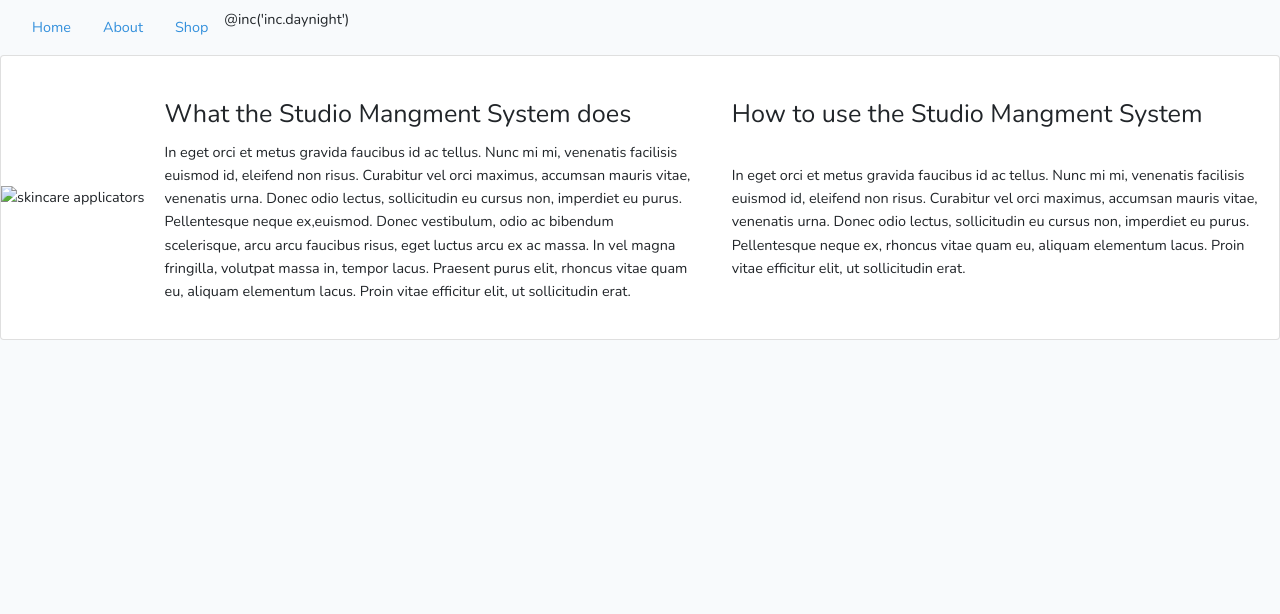
Repository: littae2/simplicite
Page: http://localhost/shop
These files come from the project's save history. The page is drawn as it stood at one moment and after the next save; the edit follows.
The browser window is 1280 px wide. The pictures show the whole page.
Some web libraries are served in a nearby version. The page is served by the project's Laravel application, run on PHP 8.4 with Laravel 8. Other server files are loaded and not shown.

Above is the page before, as saved 2021-08-13 15:26:48.

### Project/routes/web.php
<?php

use Illuminate\Support\Facades\Route;

/*
|--------------------------------------------------------------------------
| Web Routes
|--------------------------------------------------------------------------
|
| Here is where you can register web routes for your application. These
| routes are loaded by the RouteServiceProvider within a group which
| contains the "web" middleware group. Now create something great!
|
*/

Route::get('/', function () {
    return view('home.index');
});

Route::get('/about', function () {
    return view('about.index');
});
Route::get('/shop', function () {
    return view('shop.index');
});

### Project/resources/views/shop/index.blade.php
@extends('layouts.layout')
@section('title', 'Welcome')
@section('content')
<div class="pageContent">

<!-- @if(Auth::check())
<div> you are logged in </div>
@else
<div> please login</div>
@endif -->

  <div class="card d-flex flex-row justify-content-between align-items-center w-90 home">
  <img src="{{url('img/product2.jpg')}}" alt="skincare applicators" class="headerImg">
    <div class="card-body w-25 ">

      <br>
      <h3 class="card-title">What the Studio Mangment System does</h3>

      <p>In eget orci et metus gravida faucibus id ac tellus. Nunc mi mi, venenatis facilisis euismod id, eleifend non risus.
        Curabitur vel orci maximus, accumsan mauris vitae, venenatis urna. Donec odio lectus, sollicitudin eu cursus non, imperdiet eu purus.
        Pellentesque neque ex,euismod. Donec vestibulum, odio ac bibendum scelerisque, arcu arcu faucibus risus, eget luctus arcu ex ac massa. In vel magna fringilla, volutpat massa in, tempor lacus.
        Praesent purus elit, rhoncus vitae quam eu, aliquam elementum lacus. Proin vitae efficitur elit, ut sollicitudin erat.</p>

    </div>
    <div class=" card-body w-25">

      <h3 class="card-title">How to use the Studio Mangment System</h3>
      <br>
      <p>In eget orci et metus gravida faucibus id ac tellus. Nunc mi mi, venenatis facilisis euismod id, eleifend non risus.
        Curabitur vel orci maximus, accumsan mauris vitae, venenatis urna. Donec odio lectus, sollicitudin eu cursus non, imperdiet eu purus.
        Pellentesque neque ex, rhoncus vitae quam eu, aliquam elementum lacus. Proin vitae efficitur elit, ut sollicitudin erat.</p>

    </div>

  </div>
</div>
@endsection

### Project/resources/views/layouts/layout.blade.php
<!--This is the Main layout page-->
<!DOCTYPE html>
<html lang="en">
<head>
    <meta charset="UTF-8">
        <!-- CSRF Token -->
    <meta name="csrf-token" content="mlxnBRgEB1AbPWkhP1fOm5sUhDzONcfLGmqMOlHY">
    <meta name="viewport" content="width=device-width, initial-scale=1.0">

    <script src="https://kit.fontawesome.com/b07d89ef49.js" crossorigin="anonymous"></script>

    <!--  JQUEURY-->
    <script src="https://code.jquery.com/jquery-3.1.0.min.js"></script>

    <!--  BS -->
    <link rel="stylesheet" href="{{asset('css/simplicite.css')}}">
    <link rel="stylesheet" href="{{asset('css/app.css')}}">

    <!--JS -->




</head>
<body>

  @include('layouts.navbar')

<!-- Fonts -->
<link href="https://fonts.googleapis.com/css?family=Nunito:200,600" rel="stylesheet">

@yield('content')
</body>
</html>

### Project/resources/views/layouts/navbar.blade.php
<!-- <div class= "nav">
      <a class="nav-link" href="{{url('/welcome')}}">Home</a>
      <a class="nav-link" href="{{url('/view-cohorts')}}">Cohort</a>
      <a class="nav-link" href="{{url('/students')}}">Students</a>
      <a class="nav-link" href="{{url('/upload')}}">Upload</a>
      <a class="nav-link" href="{{url('/enrolment')}}">Enrollment</a>
</div> -->
<script src="https://code.jquery.com/jquery-3.2.1.slim.min.js" integrity="sha384-KJ3o2DKtIkvYIK3UENzmM7KCkRr/rE9/Qpg6aAZGJwFDMVNA/GpGFF93hXpG5KkN" crossorigin="anonymous"></script>
<script src="https://cdnjs.cloudflare.com/ajax/libs/popper.js/1.12.9/umd/popper.min.js" integrity="sha384-ApNbgh9B+Y1QKtv3Rn7W3mgPxhU9K/ScQsAP7hUibX39j7fakFPskvXusvfa0b4Q" crossorigin="anonymous"></script>
<script src="https://maxcdn.bootstrapcdn.com/bootstrap/4.0.0/js/bootstrap.min.js" integrity="sha384-JZR6Spejh4U02d8jOt6vLEHfe/JQGiRRSQQxSfFWpi1MquVdAyjUar5+76PVCmYl" crossorigin="anonymous"></script>


<div class="nav">
  <div class="col-md-12 school-options-dropdown text-center nav-link">

    <div class="nav">
      <a class="nav-link" href="{{url('/')}}">Home</a>
      <a class="nav-link" href="{{url('/about')}}">About</a>
      <a class="nav-link" href="{{url('/shop')}}">Shop</a>
@inc('inc.daynight')


    </div>
  </div>
</div>
</div>

### Project/public/css/simplicite.css

@keyframes example {
    from {opacity: 100%;}
    to {opacity:0%;}
  }

.headerImg {
    width: -moz-available;
    background-position-y: 80%;
    display: flex;
    background-size: cover; /* or contain depending on what you want */
    background-repeat: no-repeat;
    text-align: center;
    margin: auto;
    padding: 0;
}
.headerImg:scroll{
    animation-name: example;
    animation-duration: 4s;
}

### Project/resources/views/inc/daynight.blade.php
<style>
    @import url('https://fonts.googleapis.com/css?family=Lora&display=swap');

    body,
    html {
        margin: 0;
        padding: 0;
        width: 100%;
        height: 100%;
        overflow: hidden;
        font-family: 'Lora', serif;
        color: #303030;
    }

    .night-label {
        opacity: 0.2;
    }

    body {
        display: flex;
        align-items: center;
        justify-content: center;
        background-color: #FEF9EA;
    }

    .layout {
        width: 70vw;
        max-width: 300px;
        min-width: 250px;
        height: 30vh;
        display: grid;
        grid-template-columns: 1fr 2fr 1fr;
        justify-content: center;
        align-items: center;
        gap: 30px;
        font-size: 25px;
    }

    .layout:nth-child(1) {
        text-align: right;
    }

    svg {
        width: 100%;
        height: 100%;
        cursor: pointer;
    }

    #night-content {
        opacity: 0.5;
    }

    .inner-shadow {
        stroke-opacity: 0.1;
        stroke-width: 5;
        stroke: black;
        fill: none;
    }

    .container input {
        position: absolute;
        opacity: 0;
        cursor: pointer;
        height: 0;
        width: 0;
    }
</style>

<div class="layout">
    <div class="day-label">Day</div>

    <label class="container">
        <input id="input" type="checkbox" checked="checked">
        <span class="checkmark">


            <svg id="toggle" xmlns="http://www.w3.org/2000/svg" viewBox="0 0 60 34" width="60" height="34">
                <defs>


                    <clipPath id="container">
                        <rect width="60" height="34" rx="17" />
                    </clipPath>
                    <g id="day">
                        <rect x="0" width="60" height="34" style="fill: #61b9e5" />
                        <g id="day-content">
                            <g class="clouds-small">
                                <path d="M13.35,22.45a1,1,0,0,0-.44.1A1.62,1.62,0,0,0,11.29,21a1.67,1.67,0,0,0-.59.11,1.84,1.84,0,0,0-3.55.61h0a1.38,1.38,0,0,0,0,2.75h6.21a1,1,0,1,0,0-2Z" transform="translate(-2 -2)" style="fill: #d0edff" />
                                <path d="M27.38,23.72a1.05,1.05,0,0,0-.44.1,1.63,1.63,0,0,0-2.21-1.41,1.84,1.84,0,0,0-3.56.61h0a1.38,1.38,0,1,0,0,2.75h6.21a1,1,0,0,0,0-2.05Z" transform="translate(-2 -2)" style="fill: #d0edff" />
                                <path d="M56.7,24a1,1,0,0,0-.44.1,1.63,1.63,0,0,0-2.21-1.42,1.85,1.85,0,0,0-3.56.61h0a1.38,1.38,0,0,0,0,2.75H56.7a1,1,0,0,0,0-2Z" transform="translate(-2 -2)" style="fill: #d0edff" />
                                <path d="M84.35,22.45a1,1,0,0,0-.44.1A1.62,1.62,0,0,0,82.29,21a1.67,1.67,0,0,0-.59.11,1.84,1.84,0,0,0-3.55.61h0a1.38,1.38,0,0,0,0,2.75h6.21a1,1,0,1,0,0-2Z" transform="translate(-2 -2)" style="fill: #d0edff" />
                                <path d="M98.38,23.72a1.05,1.05,0,0,0-.44.1,1.63,1.63,0,0,0-2.21-1.41,1.84,1.84,0,0,0-3.56.61h0a1.38,1.38,0,1,0,0,2.75h6.21a1,1,0,0,0,0-2.05Z" transform="translate(-2 -2)" style="fill: #d0edff" />
                                <path d="M127.7,24a1,1,0,0,0-.44.1,1.63,1.63,0,0,0-2.21-1.42,1.85,1.85,0,0,0-3.56.61h0a1.38,1.38,0,0,0,0,2.75h6.21a1,1,0,0,0,0-2Z" transform="translate(-2 -2)" style="fill: #d0edff" />
                            </g>
                            <g class="clouds-medium">
                                <path d="M61.44,18.4a1.85,1.85,0,0,0-.77.18,2.85,2.85,0,0,0-2.85-2.68,3,3,0,0,0-1,.19,3.25,3.25,0,0,0-6.26,1.07h0a2.42,2.42,0,0,0,0,4.84H61.44a1.8,1.8,0,1,0,0-3.6Z" transform="translate(-2 -2)" style="fill: #e9f8ff" />
                                <path d="M26,17.07a1.84,1.84,0,0,0-.77.17,2.86,2.86,0,0,0-2.85-2.68,2.75,2.75,0,0,0-1,.2,3.24,3.24,0,0,0-6.26,1.07h0a2.42,2.42,0,1,0,0,4.84H26a1.8,1.8,0,0,0,0-3.6Z" transform="translate(-2 -2)" style="fill: #e9f8ff" />
                                <path d="M126.44,18.4a1.85,1.85,0,0,0-.77.18,2.85,2.85,0,0,0-2.85-2.68,3,3,0,0,0-1,.19,3.25,3.25,0,0,0-6.26,1.07h0a2.42,2.42,0,0,0,0,4.84h10.92a1.8,1.8,0,1,0,0-3.6Z" transform="translate(-2 -2)" style="fill: #e9f8ff" />
                                <path d="M91,17.07a1.84,1.84,0,0,0-.77.17,2.86,2.86,0,0,0-2.85-2.68,2.75,2.75,0,0,0-1,.2,3.24,3.24,0,0,0-6.26,1.07h0a2.42,2.42,0,0,0,0,4.84H91a1.8,1.8,0,0,0,0-3.6Z" transform="translate(-2 -2)" style="fill: #e9f8ff" />
                            </g>
                            <g class="clouds-big">
                                <path d="M24.82,10.83a3.09,3.09,0,0,0-1.29.29A4.78,4.78,0,0,0,17,7,5.43,5.43,0,0,0,6.54,8.76h0a4,4,0,1,0,0,8.09H24.82a3,3,0,0,0,0-6Z" transform="translate(-2 -2)" style="fill: #fff" />
                                <path d="M53.6,9.45a2.37,2.37,0,0,0-1,.24,3.86,3.86,0,0,0-3.84-3.61,4.09,4.09,0,0,0-1.4.26,4.36,4.36,0,0,0-8.41,1.45h0a3.25,3.25,0,0,0,0,6.5H53.6a2.42,2.42,0,1,0,0-4.84Z" transform="translate(-2 -2)" style="fill: #fff" />
                                <path d="M98.72,10.83a3.09,3.09,0,0,0-1.29.29A4.78,4.78,0,0,0,90.91,7a5.43,5.43,0,0,0-10.47,1.8h0a4,4,0,1,0,0,8.09H98.72a3,3,0,1,0,0-6Z" transform="translate(-2 -2)" style="fill: #fff" />
                                <path d="M127.5,9.45a2.41,2.41,0,0,0-1,.24,3.85,3.85,0,0,0-3.84-3.61,4.09,4.09,0,0,0-1.4.26,4.36,4.36,0,0,0-8.41,1.45h0a3.25,3.25,0,0,0,0,6.5h14.7a2.42,2.42,0,0,0,0-4.84Z" transform="translate(-2 -2)" style="fill: #fff" />
                            </g>

                        </g>
                    </g>
                    <g id="night">
                        <rect width="60" height="34" style="fill: #004373" />

                        <g id="night-content">
                            <polygon class="star" points="46 4.89 46.62 6.14 48.01 6.35 47.01 7.33 47.24 8.71 46 8.06 44.76 8.71 44.99 7.33 43.99 6.35 45.38 6.14 46 4.89" style="fill: #fff5a6" />
                            <polygon class="star" points="58.58 21.93 59.46 23.02 60.86 22.91 60.1 24.09 60.63 25.39 59.28 25.02 58.21 25.94 58.14 24.54 56.94 23.8 58.25 23.3 58.58 21.93" style="fill: #fff5a6" />
                            <polygon class="star" points="40.71 12.02 40.82 13.42 42.03 14.13 40.74 14.66 40.44 16.04 39.53 14.97 38.13 15.11 38.87 13.91 38.3 12.63 39.67 12.96 40.71 12.02" style="fill: #fff5a6" />
                            <polygon class="star" points="5 16.89 5.62 18.14 7.01 18.35 6 19.33 6.24 20.71 5 20.06 3.76 20.71 4 19.33 2.99 18.35 4.38 18.14 5 16.89" style="fill: #fff5a6" />
                            <polygon class="star" points="60.57 6.97 60.79 8.36 62.05 8.97 60.8 9.6 60.61 10.99 59.62 10 58.24 10.25 58.88 9 58.22 7.76 59.6 7.99 60.57 6.97" style="fill: #fff5a6" />
                            <polygon class="star" points="30.91 26.12 30.86 27.52 31.98 28.36 30.63 28.74 30.18 30.07 29.4 28.91 28 28.89 28.86 27.78 28.45 26.44 29.77 26.93 30.91 26.12" style="fill: #fff5a6" />
                            <polygon class="star" points="17.52 13.95 18.44 15.01 19.83 14.86 19.11 16.06 19.68 17.34 18.32 17.02 17.28 17.96 17.16 16.56 15.94 15.87 17.23 15.32 17.52 13.95" style="fill: #fff5a6" />
                            <polygon class="star" points="60.53 16.01 61.11 16.41 61.76 16.15 61.56 16.83 62 17.37 61.3 17.39 60.92 17.98 60.69 17.32 60.01 17.14 60.56 16.71 60.53 16.01" style="fill: #fff5a6" />
                            <polygon class="star" points="41.99 21.89 42.31 22.52 43 22.62 42.5 23.11 42.62 23.8 41.99 23.47 41.37 23.8 41.49 23.11 40.99 22.62 41.69 22.52 41.99 21.89" style="fill: #fff5a6" />
                            <polygon class="star" points="63.47 26.02 63.43 26.72 63.98 27.15 63.3 27.32 63.05 27.98 62.68 27.39 61.98 27.36 62.43 26.82 62.24 26.14 62.89 26.4 63.47 26.02" style="fill: #fff5a6" />
                            <polygon class="star" points="36.99 9.89 37.31 10.52 38 10.62 37.5 11.11 37.62 11.8 36.99 11.47 36.37 11.8 36.49 11.11 35.99 10.62 36.69 10.52 36.99 9.89" style="fill: #fff5a6" />
                            <polygon class="star" points="28.5 4.89 28.65 5.2 29 5.25 28.75 5.5 28.81 5.85 28.5 5.68 28.18 5.85 28.24 5.5 27.99 5.25 28.34 5.2 28.5 4.89" style="fill: #fff5a6" />
                            <polygon class="star" points="28.5 12.89 28.65 13.2 29 13.25 28.75 13.5 28.81 13.85 28.5 13.68 28.18 13.85 28.24 13.5 27.99 13.25 28.34 13.2 28.5 12.89" style="fill: #fff5a6" />
                            <polygon class="star" points="47.75 22.96 47.72 23.31 47.98 23.54 47.64 23.61 47.5 23.94 47.32 23.63 46.97 23.6 47.21 23.34 47.13 23 47.45 23.14 47.75 22.96" style="fill: #fff5a6" />
                            <polygon class="star" points="51.75 31.96 51.72 32.31 51.98 32.54 51.64 32.62 51.5 32.94 51.32 32.63 50.97 32.6 51.21 32.34 51.13 32 51.45 32.15 51.75 31.96" style="fill: #fff5a6" />
                            <polygon class="star" points="44.69 29.93 44.7 30.28 45 30.47 44.67 30.59 44.58 30.93 44.37 30.66 44.01 30.68 44.21 30.38 44.08 30.06 44.42 30.15 44.69 29.93" style="fill: #fff5a6" />
                            <polygon class="star" points="24.32 10.92 24.58 11.16 24.92 11.07 24.78 11.4 24.96 11.7 24.61 11.66 24.39 11.93 24.31 11.58 23.98 11.45 24.29 11.27 24.32 10.92" style="fill: #fff5a6" />
                            <polygon class="star" points="24.94 13.18 24.71 13.45 24.79 13.79 24.47 13.65 24.17 13.84 24.2 13.49 23.93 13.26 24.27 13.19 24.41 12.86 24.59 13.16 24.94 13.18" style="fill: #fff5a6" />
                            <polygon class="star" points="32 19.89 32.31 20.52 33 20.62 32.5 21.11 32.62 21.8 32 21.47 31.37 21.8 31.49 21.11 30.99 20.62 31.68 20.52 32 19.89" style="fill: #fff5a6" />
                            <polygon class="star" points="19.61 21.97 20.15 22.42 20.82 22.23 20.56 22.88 20.95 23.46 20.25 23.42 19.82 23.97 19.64 23.29 18.98 23.04 19.58 22.67 19.61 21.97" style="fill: #fff5a6" />
                            <polygon class="star" points="9.51 8.04 9.43 8.74 9.96 9.2 9.28 9.34 9 9.98 8.65 9.37 7.96 9.31 8.43 8.79 8.27 8.11 8.91 8.4 9.51 8.04" style="fill: #fff5a6" />
                        </g>
                    </g>
                    <clipPath id="switch">
                        <circle id="circle" cx="19" cy="17" r="10" />
                    </clipPath>
                </defs>

                <g clip-path="url(#container)">
                    <use id="back" href="#day" />
                    <g clip-path="url(#switch)">
                        <use id="front" href="#night" />
                    </g>
                    <rect class="inner-shadow" width="70" height="44" rx="20" />
                </g>

                <rect width="60" height="44" rx="17" opacity="0" />

            </svg>
        </span>
    </label>
    <div class="night-label">Night</div>
</div>
<script>
    console.clear();

    let duration = 0.4;
    let isDay = true;


    let back = document.getElementById('back');
    let front = document.getElementById('front');

    let switchTime = () => {

        back.setAttribute('href', '#' + (isDay ? 'day' : 'night'));
        front.setAttribute('href', '#' + (isDay ? 'night' : 'day'));
    }
    let scale = 30;
    let toNightAnimation = gsap.timeline();

    toNightAnimation
        .to('#night-content', {
            duration: duration * 0.5,
            opacity: 1,
            ease: 'power2.inOut',
            x: 0
        })
        .to('#circle', {
            duration: duration,
            ease: 'power4.in',
            scaleX: scale,
            scaleY: scale,
            x: 1,
            transformOrigin: '100% 50%',
        }, 0)
        .to('.day-label', {
            duration: duration * 2,
            ease: 'power2.inOut',
            opacity: 0.2
        }, 0)
        .to('.night-label', {
            duration: duration * 2,
            ease: 'power2.inOut',
            opacity: 1
        }, 0)
        .set('#circle', {
            // transformOrigin: '0% 50%',
            scaleX: -scale,
            // x: 8.5,
            onUpdate: () => switchTime()
        }, duration).to('#circle', {
            duration: duration,
            ease: 'power4.out',
            scaleX: -1,
            scaleY: 1,
            x: 2,
        }, duration)
        .to('#day-content', {
            duration: duration * 0.5,
            opacity: 0.5
        }, duration * 1.5)
        .to('body', {
            backgroundColor: '#b0b0b9',
            color: 'black',
            duration: duration * 2
        }, 0)

    let stars = Array.from(document.getElementsByClassName('star'));
    stars.map(star => gsap.to(star, {
        duration: 'random(0.4, 1.5)',
        repeat: -1,
        yoyo: true,
        opacity: 'random(0.2, 0.5)'
    }))
    gsap.to('.clouds-big', {
        duration: 15,
        repeat: -1,
        x: -74,
        ease: 'linear'
    })
    gsap.to('.clouds-medium', {
        duration: 20,
        repeat: -1,
        x: -65,
        ease: 'linear'
    })
    gsap.to('.clouds-small', {
        duration: 25,
        repeat: -1,
        x: -71,
        ease: 'linear'
    })

    let switchToggle = document.getElementById('input');
    switchToggle.addEventListener('change', () => toggle())

    let toggle = () => {
        isDay = switchToggle.checked == true;
        if (isDay) {
            toNightAnimation.reverse();
        } else {
            toNightAnimation.play();
        }
    }



    if (CodePen.isThumbnail) toggle();

    toNightAnimation.reverse();
    toNightAnimation.pause();
</script>

Loaded but not shown: Project/public/css/app.css (library)

After the next save:
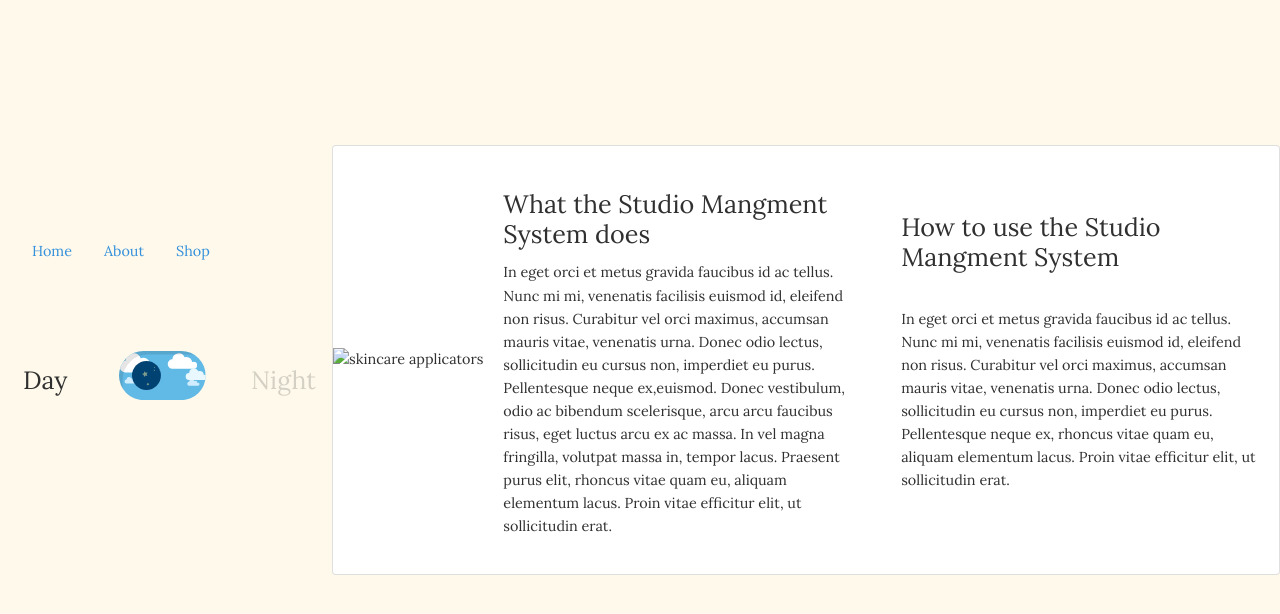
Console error: ReferenceError: gsap is not defined
Saved 6 s later.
--- a/Project/resources/views/layouts/navbar.blade.php
+++ b/Project/resources/views/layouts/navbar.blade.php
@@ -17,7 +17,7 @@
       <a class="nav-link" href="{{url('/')}}">Home</a>
       <a class="nav-link" href="{{url('/about')}}">About</a>
       <a class="nav-link" href="{{url('/shop')}}">Shop</a>
-@inc('inc.daynight')
+@include('inc.daynight')
 
 
     </div>

After the save that followed:
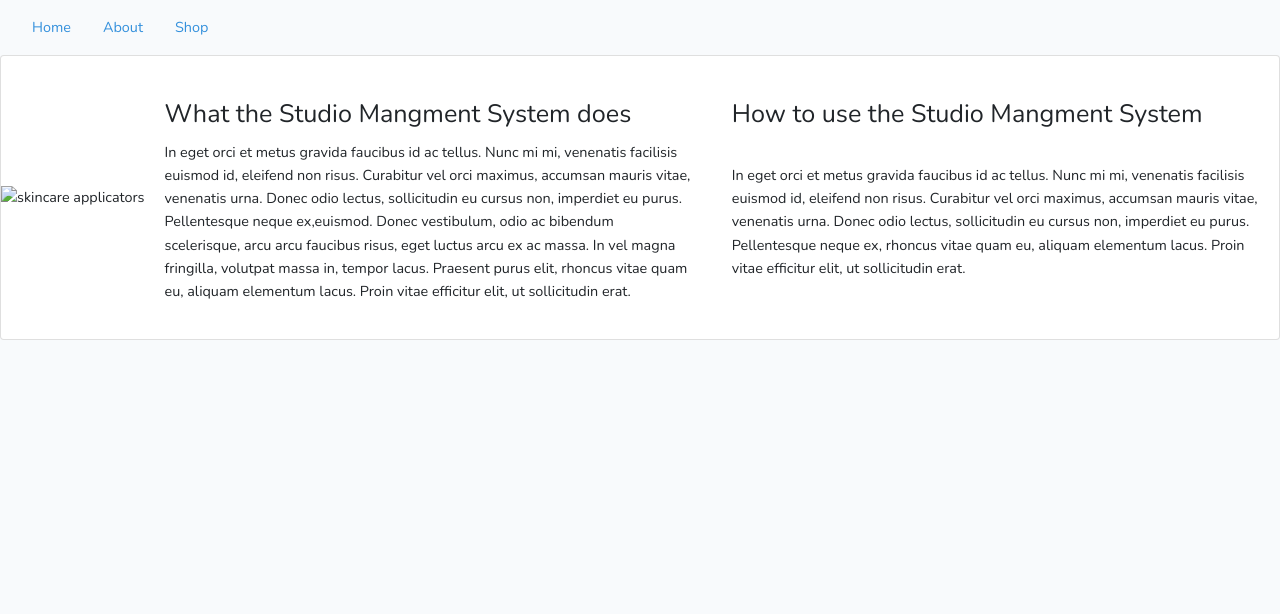
The error is gone.
Saved 29 s later.
--- a/Project/resources/views/layouts/navbar.blade.php
+++ b/Project/resources/views/layouts/navbar.blade.php
@@ -17,7 +17,7 @@
       <a class="nav-link" href="{{url('/')}}">Home</a>
       <a class="nav-link" href="{{url('/about')}}">About</a>
       <a class="nav-link" href="{{url('/shop')}}">Shop</a>
-@include('inc.daynight')
+
 
 
     </div>
